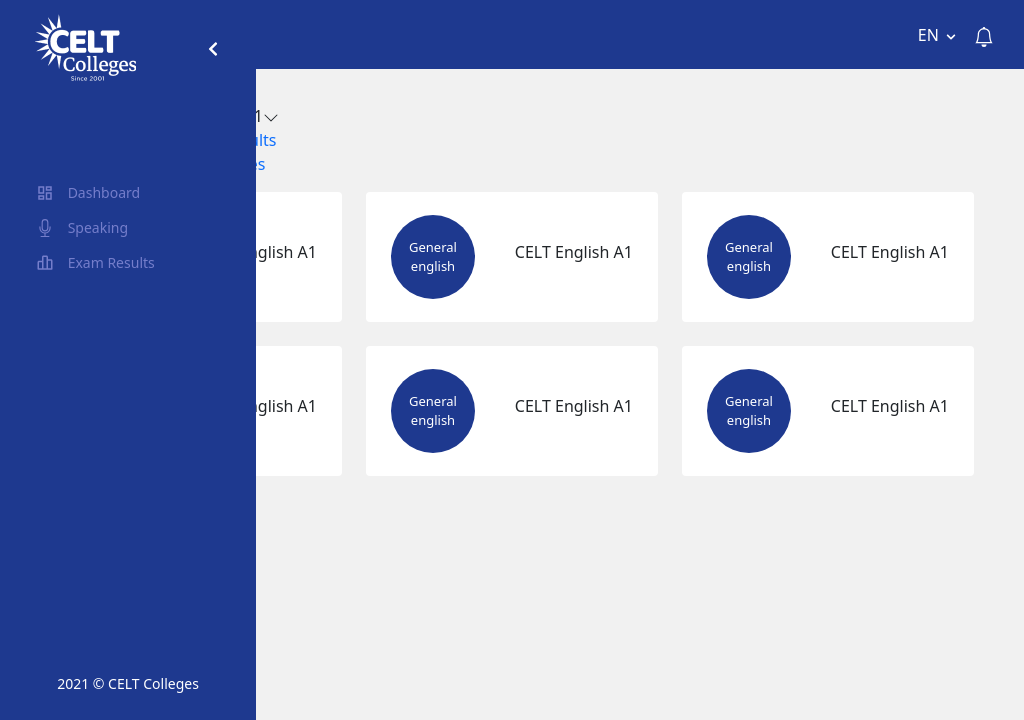
Repository: aydinws/celtapp
Page: /speaking
These files come from the project's save history. The page is drawn as it stood at one moment and after the next save; the edit follows.
The browser window is 1024 px wide. The pictures show the whole page.
The project was rebuilt for these pictures with package versions that can differ from the ones it lists, and the page was loaded fresh each time. Also part of the build but not shown: src/pages/Dashboard/index.js, src/pages/ExamResults/index.scss, src/components/Table/index.scss, src/components/Pagination/index.scss, src/components/Pagination/index.js, src/components/Table/index.js, src/pages/ExamResults/index.js.

Above is the page before, as saved 2021-06-10 00:47:47.

After the next save:
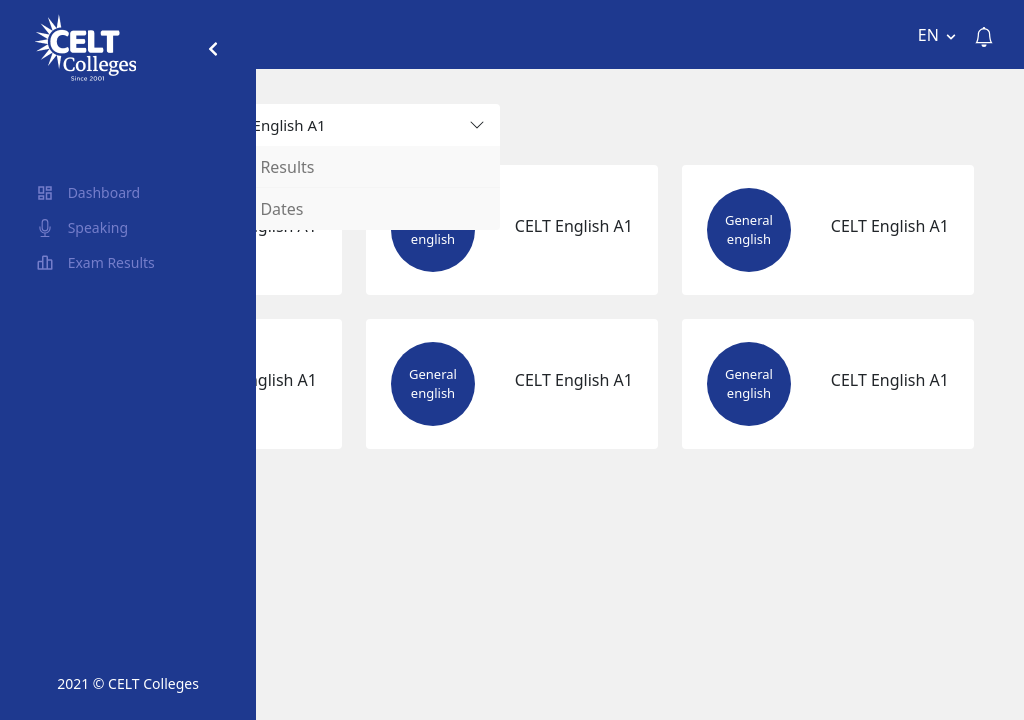
Saved 7 s later.
--- a/src/components/SelectOption/index.scss
+++ b/src/components/SelectOption/index.scss
@@ -1,81 +1,70 @@
 @import '../../assets/css/code.scss';
 
-.side-bar {
-    width: 256px;
+.select-option {
+    width: 100%;
+    min-height: 42px;
+    margin: 0 0 0 50px;
+    position: relative;
+    z-index: 5;
 
-    @media screen and (max-width:1024px) {
-        position: fixed;
-        z-index: 10;
+    &:active {
+        border: 1px solid #ddd
     }
 
-    .side-bar-content {
-        width: 256px;
-        height: 100%;
-        position: fixed;
-        z-index: 10;
-        background-color: $mainBlue;
-
-        p {
-            width: 100%;
-            text-align: center;
-            position: absolute;
-            bottom: 10px;
-            color: #FFFFFF;
-            font-size: 14px;
-        }
+    .select-option-btn {
+        cursor: pointer;
+        width: 100%;
+        height: 42px;
+        background-color: #FFFFFF;
+        display: flex;
+        justify-content: space-between;
+        align-items: center;
+        padding: 0 5px 0 20px;
+        border-radius: 4px 4px 0 0;
     }
 
-    .side-bar-content-header {
-        display: flex;
-        justify-content: space-between;
-        padding: 14px 35px;
-        align-items: center;
-
-        svg {
-            fill: #FFFFFF;
-            cursor: pointer;
-        }
+    &:hover {
+        background-color: #F9F9F9;
     }
 
-    .side-bar-content-body {
+    span {
+        font-weight: 500;
+        font-size: 15px;
+    }
+
+    svg {
+        margin-right: 10px;
+    }
+
+    .select-option-items {
+        z-index: 5;
+        position: absolute;
+        width: 100%;
+        height: auto;
+        min-height: 42px;
+        left: 0;
+        top: 42px;
+        background-color: #F9F9F9;
+        border-radius: 0 0 4px 4px;
+
         ul {
             padding: 0;
-            width: 100%;
-            margin-top: 83px;
-        }
+            margin: 0;
 
-        li {
-            padding: 0 33px;
-            margin: 10px 0;
-            transition: border-left 200ms;
-            border-left: 3px solid transparent;
+            li {
+                a {
+                    width: 100%;
+                    height: 42px;
+                    display: flex;
+                    align-items: center;
+                    color: $grayColor;
+                    padding-left: 20px;
+                    border-bottom: 1px solid #F5F5F5;
+                }
 
-            svg {
-                width: 18px;
-                height: 18px;
-                fill: $blueTextColor;
-                margin-right: 10px;
-                margin-bottom: 3.5px;
-                transition: fill 400ms;
-            }
-
-            a {
-                font-size: 14px;
-                color: $blueTextColor;
-                text-decoration: none;
-                transition: color 400ms;
-            }
-
-            &:hover {
-                border-left: 3px solid #FFFFFF;
-            }
-
-            &:hover svg {
-                fill: #FFFFFF;
-            }
-
-            &:hover a {
-                color: #FFFFFF;
+                &:last-child a {
+                    border-bottom: 0;
+                }
             }
         }
     }
